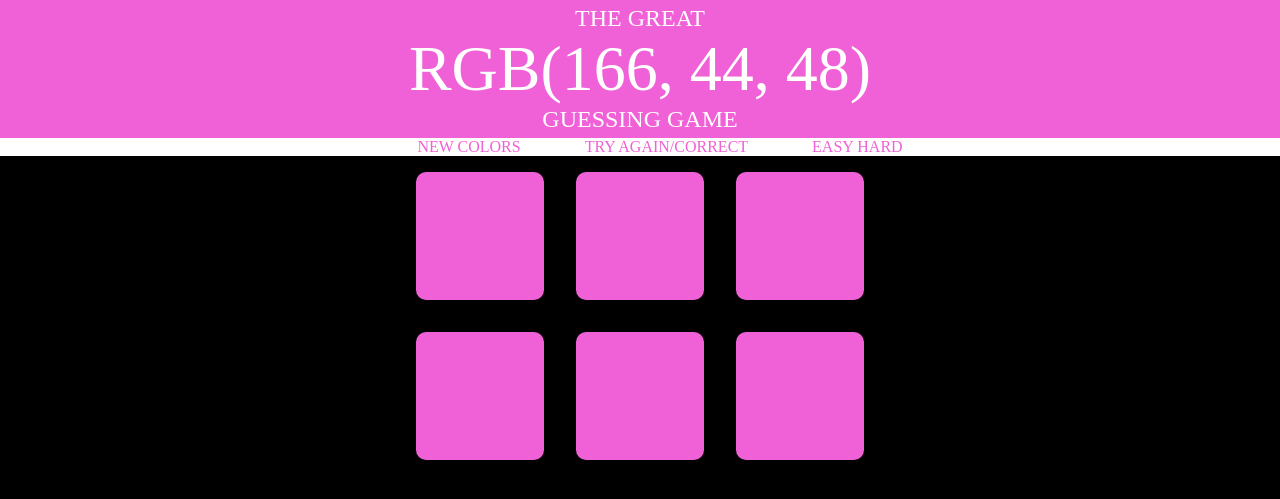
Repository: EEOOOO/javascript-projects
Page: rgbColorGameApp/index.html
These files come from the project's save history. The page is drawn as it stood at one moment and after a run of saves; the edit follows.
The browser window is 1280 px wide. The pictures show the whole page.
After loading, the first visible `div.playNewGameButton` was clicked once.

Above is the page before, as saved 2022-07-18 19:30:48.

### rgbColorGameApp/index.html
<!DOCTYPE html>
<html lang="en">
<head>
    <meta charset="UTF-8">
    <meta http-equiv="X-UA-Compatible" content="IE=edge">
    <meta name="viewport" content="width=device-width, initial-scale=1.0">
    <script defer src="rgbColorGame.js"></script>
    <link rel="stylesheet" href="style.css">
    <title>RGB Color Game</title>
</head>
<body>
    <header class="header">
        <div class="headerMain">
            <span class="gameTitle">THE GREAT</span>
            <span class="rgbQuestion">RGB(X,Y,X)</span>
            <span class="gameTitle">GUESSING GAME</span>
        </div>
        <ul class="headerButtons">
            <li>
                <div class="playNewGameButton"><span>NEW COLORS</span></div>
            </li>
            <li>
                <div>
                    <span class="stateMessage">TRY AGAIN/CORRECT</span>
                </div>
            </li>
            <li>
                <div class="modes">
                    <span class="gameMode">EASY</span>
                    <span class="gameMode">HARD</span>
                </div>
            </li>
        </ul>
    </header>
    <main class="boxes">
        <div class="colorBox 1"></div>
        <div class="colorBox 2"></div>
        <div class="colorBox 3"></div>
        <div class="colorBox 4"></div>
        <div class="colorBox 5"></div>
        <div class="colorBox 6"></div>
    </main>
</body>
</html>

### rgbColorGameApp/rgbColorGame.js
let playGameBtn = document.querySelector('.playNewGameButton');
let stateMessage = document.querySelector('.stateMessage');
let header = document.querySelector('.header');
let rgbQuestion = document.querySelector('.rgbQuestion');
let gameModes = document.querySelector('.modes');

// playGameBtn누를 때, easy/hard누를 때 게임 초기화 시행
playGameBtn.addEventListener('click',()=>{
    console.log('play');
    initGame();
});
gameModes.addEventListener('click',(event)=>{
    if (event.target.tagName == 'SPAN'){
        initGame();
    }
})

function initGame(){
    // 랜덤 색 7개 뽑기
    let boxNum = 7
    let randomColors = makeRandomRGB(boxNum);
    console.log(randomColors);
    // 그 중 첫 번째가 정답 색 , rgbQuestion 글자 넣어주기
    let answer = randomColors[0];
    rgbQuestion.textContent = answer;
    // 그 중 마지막 색으로 헤더 색 변경
    let initHeaderColor = randomColors[-1];
    alert(initHeaderColor);
    header.style.backgroundColor = initHeaderColor;
}
function makeRandomRGB(num){
    let randomColors = [];
    for (let i = 0; i < num; i++){
        let r = getRandomArbitrary(1,255);
        let g = getRandomArbitrary(1,255);
        let b = getRandomArbitrary(1,255);
        randomColors.push([`RGB(${r}, ${g}, ${b})`]);
    }
    return randomColors;
}
// min, max bindㄹㅗ ㄱㅗㅈㅓㅇ ㅁㅗㅅ ㅅㅣㅋㅣㄴㅏ?
function getRandomArbitrary(min, max){
    return Math.floor(Math.random() * (max - min) + min);
}
function winGame(){
    // header 색 바꾸기
    // playGameBtn 문구 바꾸기
    // stateMessage변경 (correct)
    // 모든 박스 색 바꾸기
}
function playGame(){
    // 박스 눌리면
        // 정답인지 체크
        // 맞으면 winGame()
        // 아니면 stateMessage 변경 (try again), 그 박스 제거
}

### rgbColorGameApp/style.css
:root {
  --color-now: #f060d6;
}
body {
  width: 100%;
  background-color: black;
  margin: 0;
}

header {
  width: 100%;
  text-align: center;
  background-color: var(--color-now);
}
.headerMain {
  color: white;
  display: flex;
  align-items: center;
  flex-direction: column;
  padding: 0.3rem;
}
.headerMain .rgbQuestion {
  font-size: 4rem;
}
.headerMain .gameTitle {
  font-size: 1.5rem;
}
.headerButtons {
  margin: 0;
  list-style: none;
  display: flex;
  align-items: center;
  justify-content: center;
  background-color: white;
  color: var(--color-now);
}
.headerButtons li {
  margin: 0 2rem;
}

.headerButtons li span:hover {
  background-color: var(--color-now);
  color: white;
  cursor: pointer;
}
.boxes {
  display: flex;
  flex-wrap: wrap;
  align-items: center;
  justify-content: center;
  width: 32rem;
  margin: auto;
}
.colorBox {
  background-color: var(--color-now);
  width: 8rem;
  height: 8rem;
  border-radius: 10px;
  margin: 1rem;
  transition: transform 0.1s ease-in-out;
  cursor: pointer;
}
.colorBox:hover {
  transform: scale(1.05);
}

After the next 2 saves:
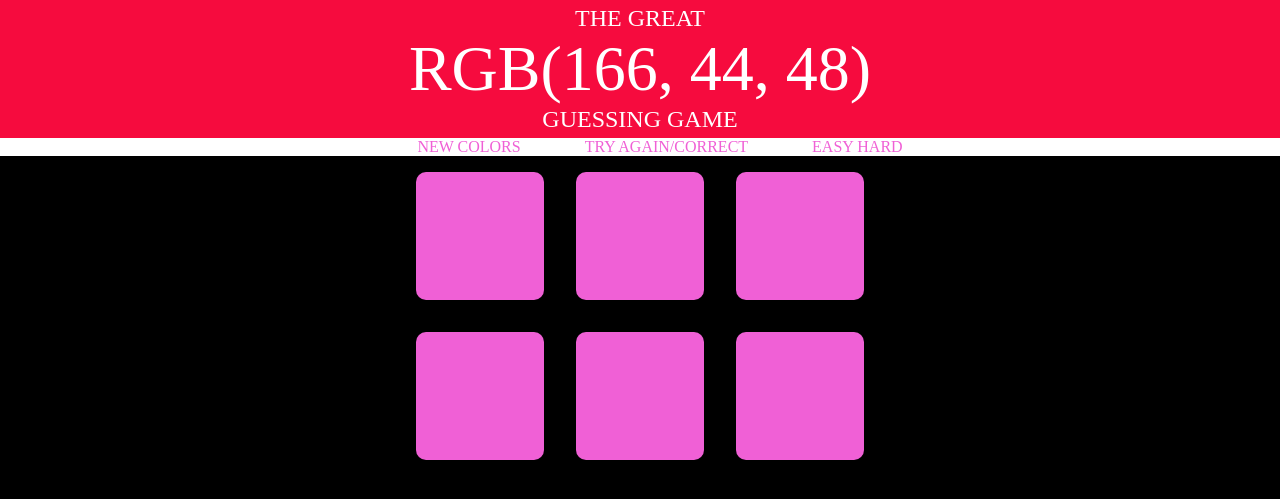
The 2 saves are shown as one change because they came seconds apart.
The last was saved 19 s later.
--- a/rgbColorGameApp/rgbColorGame.js
+++ b/rgbColorGameApp/rgbColorGame.js
@@ -24,8 +24,7 @@
     let answer = randomColors[0];
     rgbQuestion.textContent = answer;
     // 그 중 마지막 색으로 헤더 색 변경
-    let initHeaderColor = randomColors[-1];
-    alert(initHeaderColor);
+    let initHeaderColor = randomColors[randomColors.length-1];
     header.style.backgroundColor = initHeaderColor;
 }
 function makeRandomRGB(num){

After the 3 saves that followed:
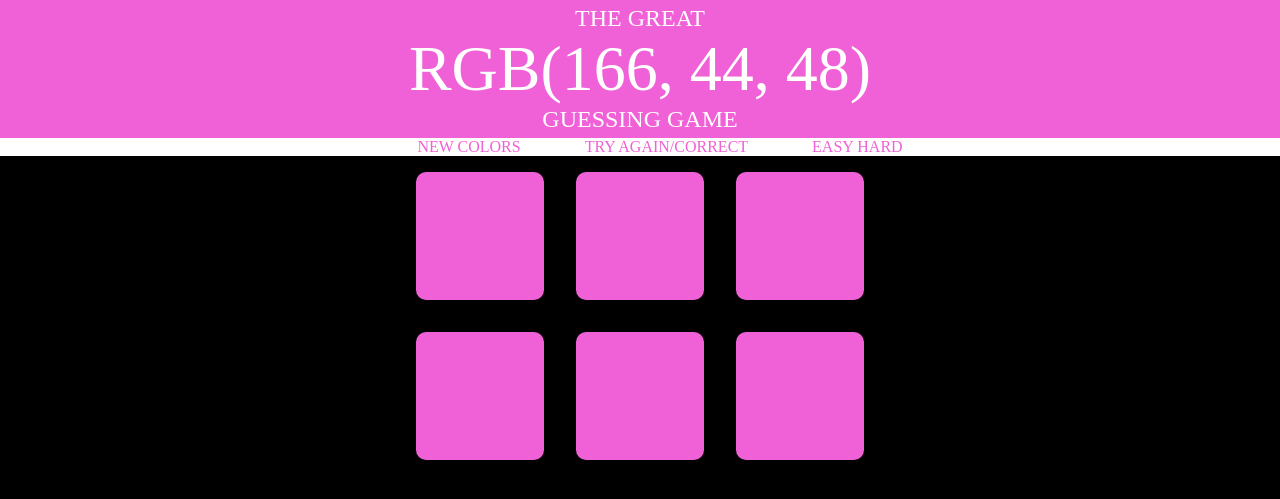
The 3 saves are shown as one change because 2 left the picture as it was.
The last was saved 4 min 14 s later.
--- a/rgbColorGameApp/rgbColorGame.js
+++ b/rgbColorGameApp/rgbColorGame.js
@@ -3,6 +3,7 @@
 let header = document.querySelector('.header');
 let rgbQuestion = document.querySelector('.rgbQuestion');
 let gameModes = document.querySelector('.modes');
+let cssRoot = document.querySelector(":root");
 
 // playGameBtn누를 때, easy/hard누를 때 게임 초기화 시행
 playGameBtn.addEventListener('click',()=>{
@@ -25,7 +26,7 @@
     rgbQuestion.textContent = answer;
     // 그 중 마지막 색으로 헤더 색 변경
     let initHeaderColor = randomColors[randomColors.length-1];
-    header.style.backgroundColor = initHeaderColor;
+    cssRoot.style.setProperty = ('--color-now',initHeaderColor);
 }
 function makeRandomRGB(num){
     let randomColors = [];
